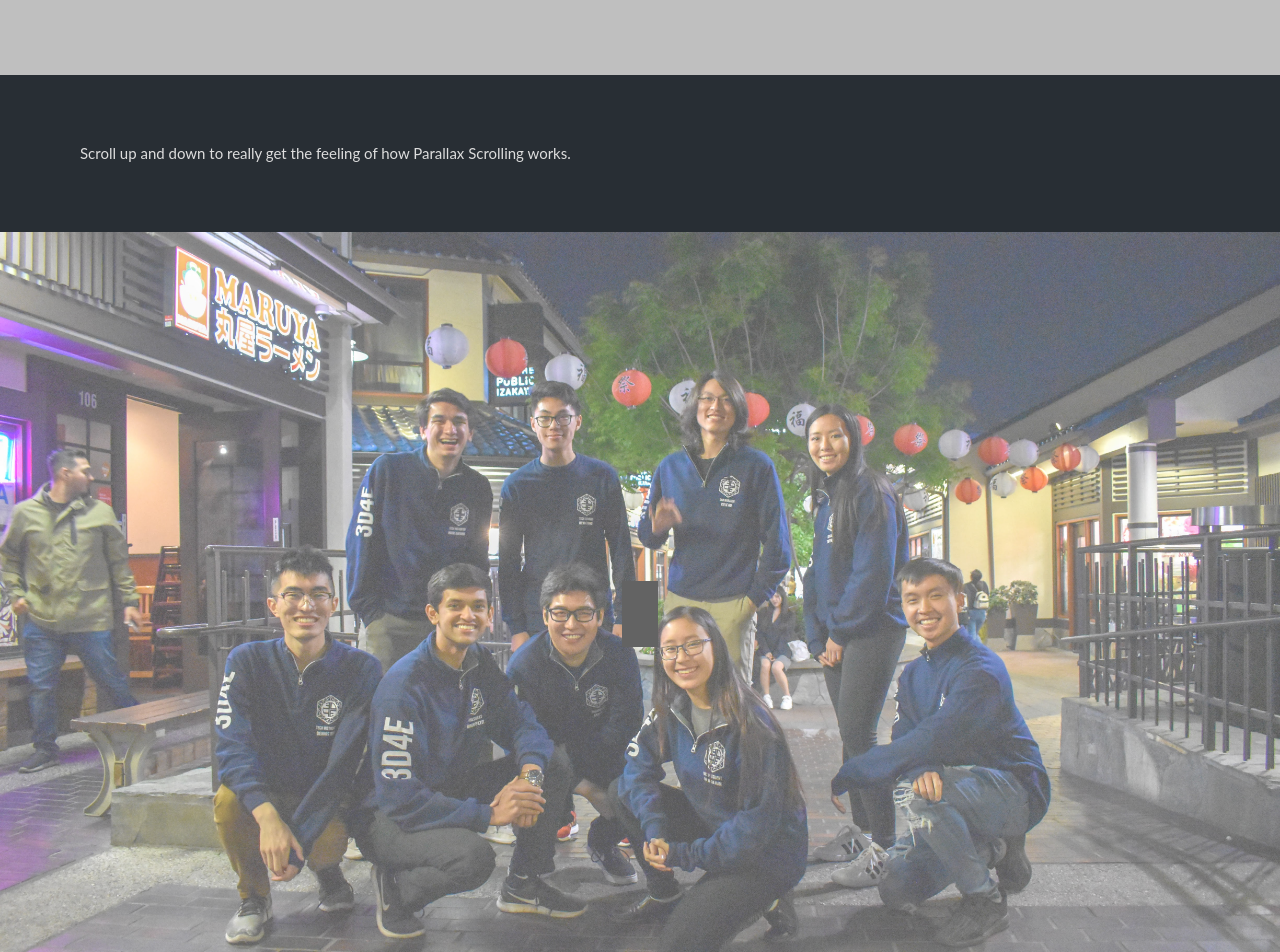
Repository: aliyuanh/me
Page: index.html
The author's editor kept a copy of each file at every save. The page is drawn from the files as they stood at one save, then again after the next save.
The browser window is 1280 px wide. The pictures show the part of the page from y = 1943 to 2895 px (the page is 2895 px tall).
Pictures or frames that could not be fetched are drawn as grey boxes.

Above is the page before, as saved 2020-09-17 00:12:28.

### index.html
<!DOCTYPE html>
<html>

<head>
    <meta name="viewport" content="width=device-width, initial-scale=1">
    <style>
        body,
        html {
            height: 100%;
            margin: 0;
            font: 400 15px/1.8 "Lato", sans-serif;
            color: #777;
        }

        .bgimg-1,
        .bgimg-2,
        .bgimg-3 {
            position: relative;
            opacity: 0.65;
            background-attachment: fixed;
            background-position: center;
            background-repeat: no-repeat;
            background-size: cover;
        }

        .bgimg-1 {
            background-image: url("img/tokyo.jpg");
            min-height: 100%;
        }

        .bgimg-2 {
            background-image: url("img/imagineering.jpg");
            min-height: 400px;
        }

        .bgimg-3 {
            background-image: url("img/cmmnd.png");
            min-height: 400px;
        }

        .caption {
            position: absolute;
            left: 0;
            top: 50%;
            width: 100%;
            text-align: center;
            color: #000;
        }

        .caption span.border {
            background-color: #111;
            color: #fff;
            padding: 18px;
            font-size: 25px;
            letter-spacing: 10px;
        }

        h3 {
            letter-spacing: 5px;
            text-transform: uppercase;
            font: 20px "Lato", sans-serif;
            color: #111;
        }
        /* Turn off parallax scrolling for tablets and phones */

        @media only screen and (max-device-width: 1024px) {
            .bgimg-1,
            .bgimg-2,
            .bgimg-3 {
                background-attachment: scroll;
            }
        }
    </style>
</head>

<body>

    <div class="bgimg-1">
        <div class="caption">
            <span class="border">AMANDA HAN</span>
        </div>
    </div>

    <div style="color: #777;background-color:white;text-align:center;padding:50px 80px;text-align: justify;">
        <h3 style="text-align:center;">Parallax Demo</h3>
        <p>Parallax scrolling is a web site trend where the background content is moved at a different speed than the foreground content while scrolling. Nascetur per nec posuere turpis, lectus nec libero turpis nunc at, sed posuere mollis ullamcorper libero
            ante lectus, blandit pellentesque a, magna turpis est sapien duis blandit dignissim. Viverra interdum mi magna mi, morbi sociis. Condimentum dui ipsum consequat morbi, curabitur aliquam pede, nullam vitae eu placerat eget et vehicula. Varius
            quisque non molestie dolor, nunc nisl dapibus vestibulum at, sodales tincidunt mauris ullamcorper, dapibus pulvinar, in in neque risus odio. Accumsan fringilla vulputate at quibusdam sociis eleifend, aenean maecenas vulputate, non id vehicula
            lorem mattis, ratione interdum sociis ornare. Suscipit proin magna cras vel, non sit platea sit, maecenas ante augue etiam maecenas, porta porttitor placerat leo.</p>
    </div>

    <div class="bgimg-2">
        <div class="caption">
            <span class="border" style="background-color:transparent;font-size:25px;color: #f7f7f7;">LESS HEIGHT</span>
        </div>
    </div>

    <div style="position:relative;">
        <div style="color:#ddd;background-color:#282E34;text-align:center;padding:50px 80px;text-align: justify;">
            <p>Scroll up and down to really get the feeling of how Parallax Scrolling works.</p>
        </div>
    </div>

    <div class="bgimg-3">
        <div class="caption">
            <span class="border" style="background-color:transparent;font-size:25px;color: #f7f7f7;">SCROLL UP</span>
        </div>
    </div>

    <div style="position:relative;">
        <div style="color:#ddd;background-color:#282E34;text-align:center;padding:50px 80px;text-align: justify;">
            <p>Scroll up and down to really get the feeling of how Parallax Scrolling works.</p>
        </div>
    </div>

    <div class="bgimg-1">
        <div class="caption">
            <span class="border"><a href="mailto: aliyuanh@ucla.edu"></span>
        </div>
    </div>

</body>

</html>

After the next save:
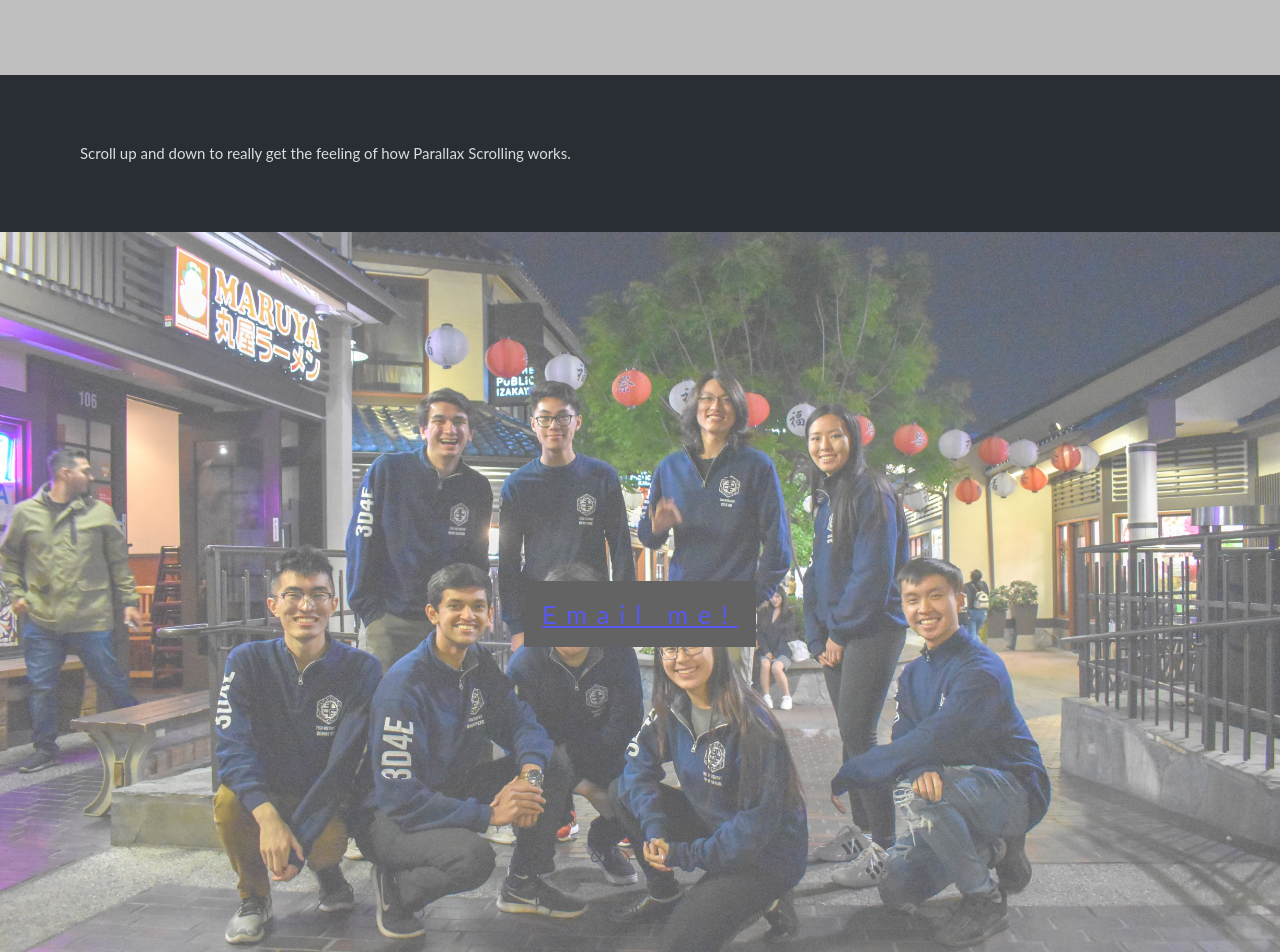
Saved 10 s later.
--- a/index.html
+++ b/index.html
@@ -115,7 +115,7 @@
 
     <div class="bgimg-1">
         <div class="caption">
-            <span class="border"><a href="mailto: aliyuanh@ucla.edu"></span>
+            <span class="border"><a href="mailto: aliyuanh@ucla.edu">Email me!</a></span>
         </div>
     </div>
 
